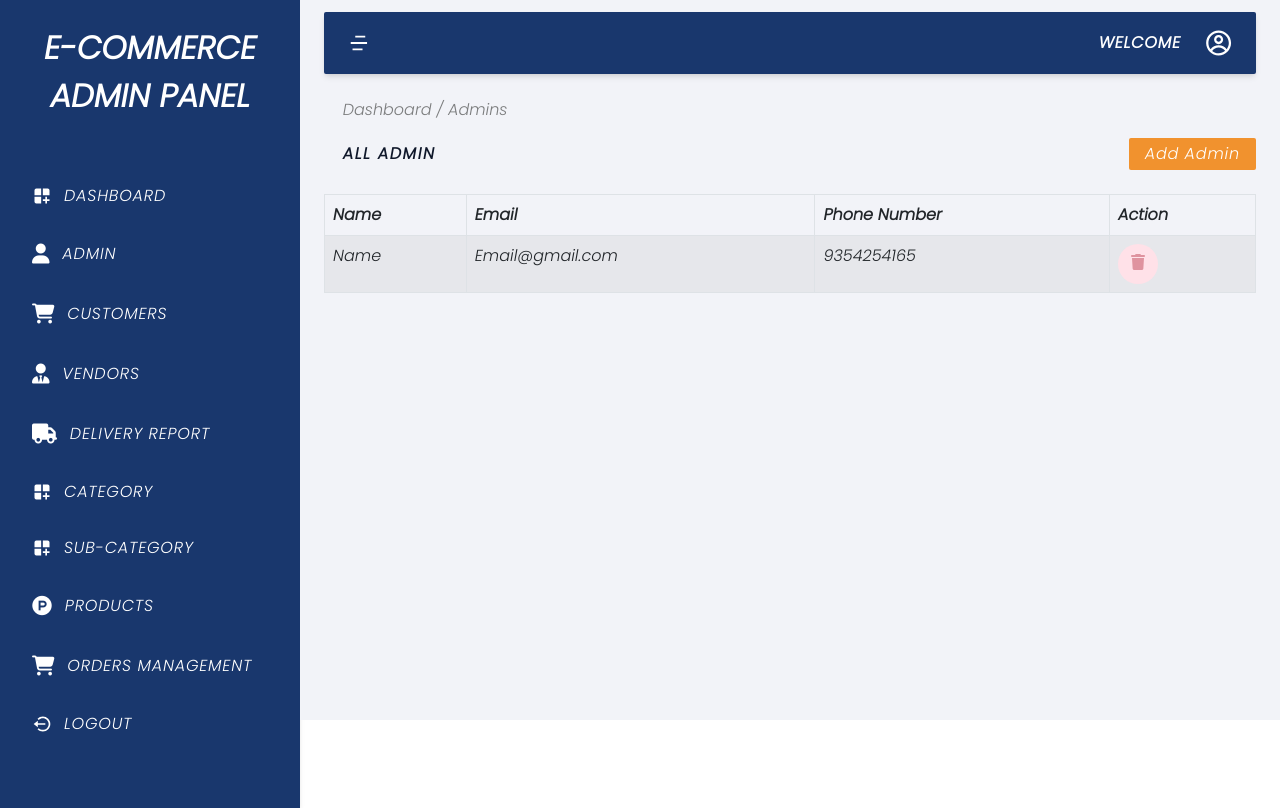
Repository: FlyweisReact/Hariom-Admin-Panel
Page: /E-Commerce/Admin
These files come from the project's save history. The page is drawn as it stood at one moment and after the next save; the edit follows.
The browser window is 1280 px wide. The pictures show the whole page.
Some web libraries are served in a nearby version. The project was rebuilt for these pictures with package versions that can differ from the ones it lists, and the page was loaded fresh each time. Also part of the build but not shown: src/vendorPanel/forms/VendorLogin.jsx, src/vendorPanel/layout/Navbar.jsx, src/vendorPanel/layout/Sidebar.jsx, src/vendorPanel/layout/HOC.jsx, src/vendorPanel/pages/AdminDiscount.js, src/vendorPanel/pages/AdminReview.js, src/vendorPanel/pages/Astrologers.js, src/vendorPanel/pages/Banners.js and 32 more.

Above is the page before, as saved 2023-04-26 18:52:43.

After the next save:
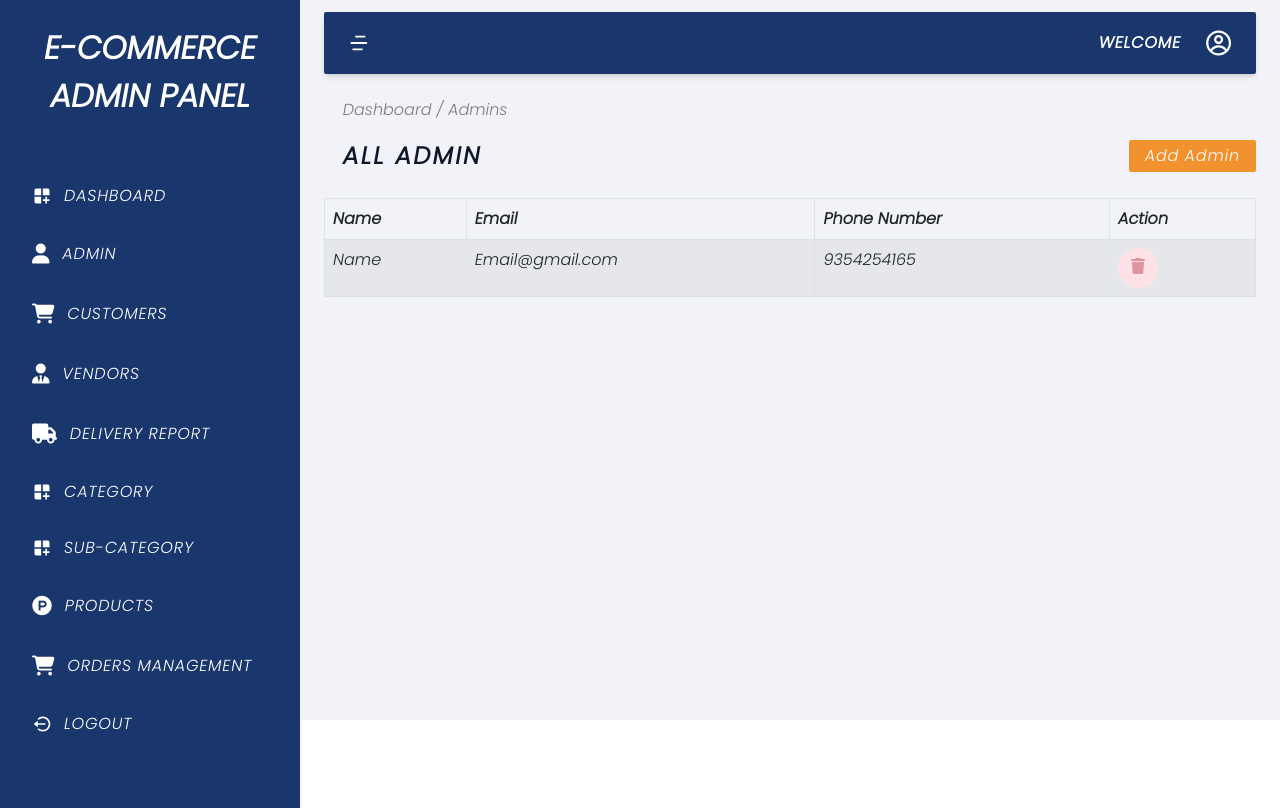
Saved 9 s later.
--- a/src/E-CommerceAdmin/pages/EAdmin.js
+++ b/src/E-CommerceAdmin/pages/EAdmin.js
@@ -62,7 +62,7 @@ const EAdmin = () => {
       <p className="headP">Dashboard / Admins</p>
 
       <div className="pb-4 sticky top-0  w-full flex justify-between items-center"  style={{ width: "98%", marginLeft: "2%" }}>
-        <span className="tracking-widest text-slate-900 font-semibold uppercase ">
+        <span className="tracking-widest text-slate-900 font-semibold uppercase "   style={{ fontSize: "1.5rem" }}>
           All Admin
         </span>
         <button
